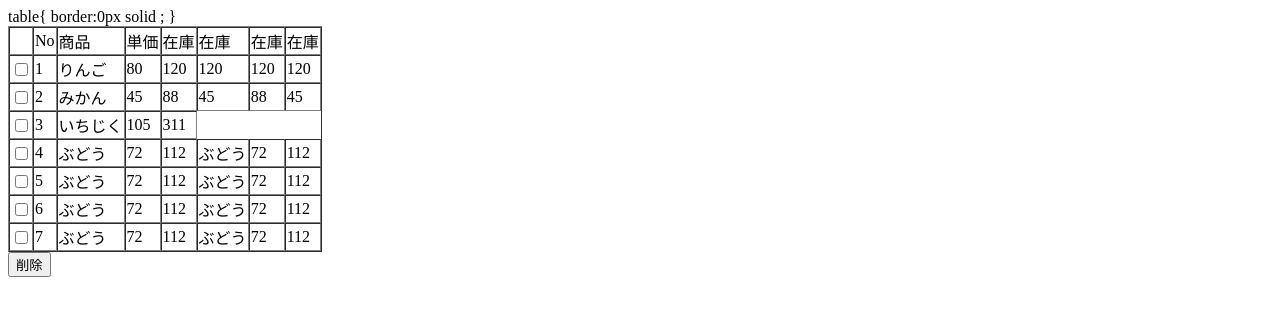
Repository: nathox/backup
Page: http://localhost/Favorite/s.jsp
The author's editor kept a copy of each file at every save. The page is drawn from the files as they stood at one save, then again after the next save.
The browser window is 1280 px wide. The pictures show the whole page.
The page is served by Tomcat 9.

Above is the page before, as saved 2018-02-07 08:10:13.

After the next save:
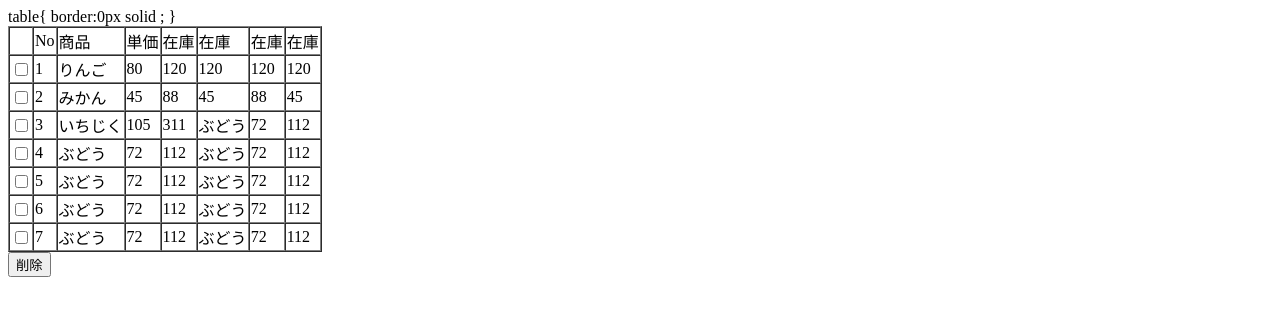
Saved 13 s later.
--- a/Favorite/WebContent/s.jsp
+++ b/Favorite/WebContent/s.jsp
@@ -60,6 +60,9 @@ border:0px solid ;
                 <td>いちじく</td>
                 <td>105</td>
                 <td>311</td>
+                <td>ぶどう</td>
+                <td>72</td>
+                <td>112</td>
             </tr>
             <tr>
                 <td><input type="checkbox"></td>
